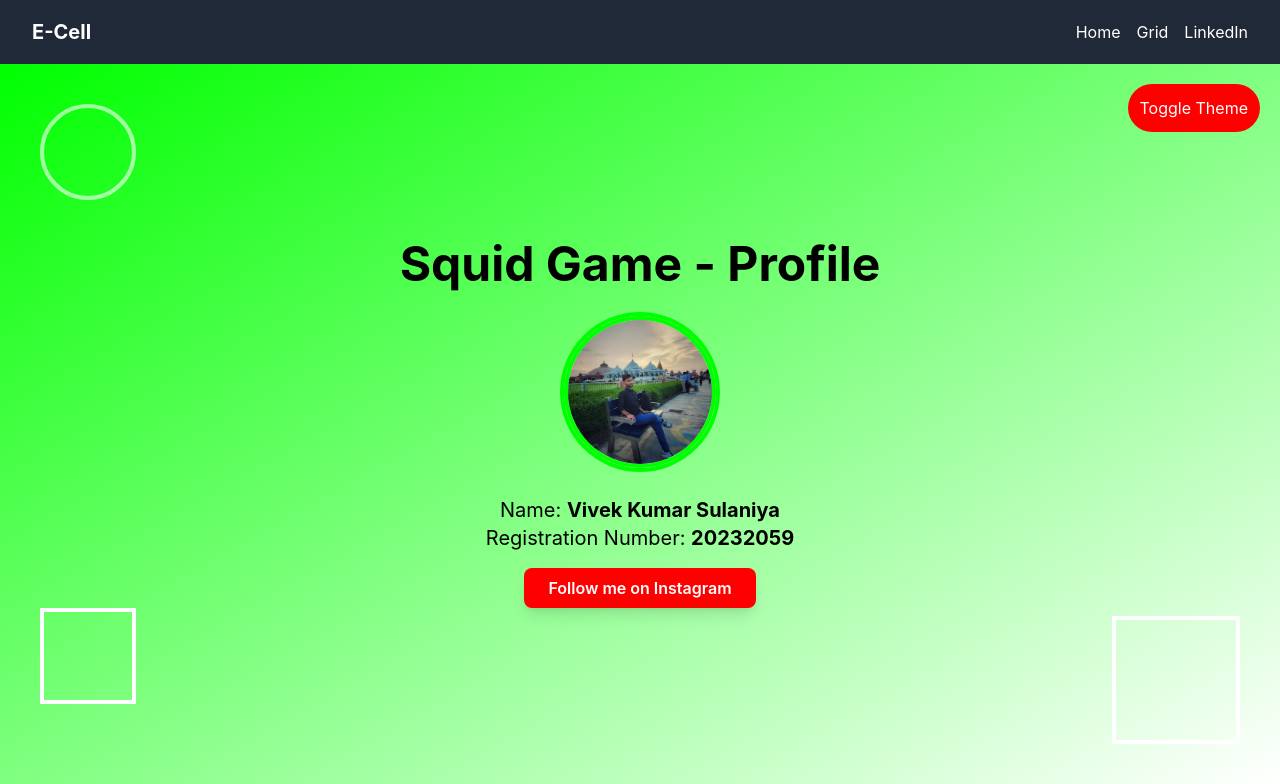
Repository: Vivek300705/Dashboard
Page: /second-page
An editor plug-in stored every save of this project. The page is shown before and after the next save, followed by the edit.
The browser window is 1280 px wide. The pictures show the whole page.
The project was rebuilt for these pictures with package versions that can differ from the ones it lists, and the page was loaded fresh each time. Also part of the build but not shown: src/components/Home.js.

Above is the page before, as saved 2025-01-22 23:10:31.

### src/App.js
import React from "react";
import { BrowserRouter as Router, Routes, Route } from "react-router-dom";
import Home from "./components/Home";
import Navbar from "./components/Navbar";
import SecondPage from "./components/Profile";// Import the Navbar component

function App() {
  return (
    <Router>
      <div className="App">
        <Navbar /> {/* Include Navbar Component */}
        <Routes>
          <Route path="/" element={<Home />} />
          <Route path="/second-page" element={<SecondPage />} />
          {/* Add other routes here */}
        </Routes>
      </div>
    </Router>
  );
}

export default App;

### src/components/Navbar.js
import React, { useState } from "react";
import { Link } from "react-router-dom";

const Navbar = () => {
  const [isMenuOpen, setIsMenuOpen] = useState(false);

  return (
    <nav className="bg-gray-800 text-white">
      <div className="max-w-7xl mx-auto px-4 sm:px-6 lg:px-8">
        <div className="flex justify-between items-center h-16">
          <div className="flex items-center">
            <Link
              to="/"
              className="text-xl font-bold text-white hover:text-gray-300"
            >
              E-Cell
            </Link>
          </div>
          <div className="hidden md:flex space-x-4">
            <Link className="hover:underline hover:text-gray-300" to="/second-page">
              Home
            </Link>
            <Link className="hover:underline hover:text-gray-300" to="/">
              Grid
            </Link>
            <a
              className="hover:underline hover:text-gray-300"
              href="https://www.linkedin.com/in/vivek-kumar-sulaniya-ba8204267/"
              target="_blank"
              rel="noopener noreferrer"
            >
              LinkedIn
            </a>
          </div>
          <div className="md:hidden">
            <button
              className="text-gray-300 hover:text-white focus:outline-none"
              onClick={() => setIsMenuOpen(!isMenuOpen)}
            >
              <svg
                className="h-6 w-6"
                xmlns="http://www.w3.org/2000/svg"
                fill="none"
                viewBox="0 0 24 24"
                stroke="currentColor"
              >
                {isMenuOpen ? (
                  <path
                    strokeLinecap="round"
                    strokeLinejoin="round"
                    strokeWidth={2}
                    d="M6 18L18 6M6 6l12 12"
                  />
                ) : (
                  <path
                    strokeLinecap="round"
                    strokeLinejoin="round"
                    strokeWidth={2}
                    d="M4 6h16M4 12h16M4 18h16"
                  />
                )}
              </svg>
            </button>
          </div>
        </div>
      </div>
      {/* Mobile Menu */}
      {isMenuOpen && (
        <div className="md:hidden">
          <div className="px-2 pt-2 pb-3 space-y-1 sm:px-3">
            <Link
              className="block text-white hover:underline hover:text-gray-300"
              to="/"
              onClick={() => setIsMenuOpen(false)}
            >
              Home
            </Link>
            <Link
              className="block text-white hover:underline hover:text-gray-300"
              to="/grid"
              onClick={() => setIsMenuOpen(false)}
            >
              Grid
            </Link>
            <a
              className="block text-white hover:underline hover:text-gray-300"
              href="https://www.linkedin.com/in/your-profile/"
              target="_blank"
              rel="noopener noreferrer"
              onClick={() => setIsMenuOpen(false)}
            >
              LinkedIn
            </a>
          </div>
        </div>
      )}
    </nav>
  );
};

export default Navbar;

### src/components/Profile.js
import React, { useState, useEffect } from "react";

function SecondPage() {
  const [isDarkMode, setIsDarkMode] = useState(false);

  // Toggle between light and dark themes
  const toggleTheme = () => {
    setIsDarkMode(!isDarkMode);
  };

  // Apply the system theme preference on initial load
  useEffect(() => {
    const userPrefersDark = window.matchMedia("(prefers-color-scheme: dark)").matches;
    setIsDarkMode(userPrefersDark);
  }, []);

  const redirectToInstagram = () => {
    window.location.href = "https://www.instagram.com/vivvek_m/"; // Replace with actual Instagram handle
  };

  return (
    <div
      className={`min-h-screen flex flex-col items-center justify-center ${
        isDarkMode
          ? "bg-gradient-to-br from-[#111111] to-[#D50032] text-white"
          : "bg-gradient-to-br from-[#00FF00] to-[#FFFFFF] text-black"
      } relative`}
    >
      {/* Squid Game Style Header */}
      <div
        className={`text-5xl font-bold mb-6 text-center ${
          isDarkMode ? "text-white" : "text-black"
        }`}
      >
        Squid Game - Profile
      </div>

      {/* Profile Picture Holder */}
      <div className="w-40 h-40 rounded-full overflow-hidden border-4 border-[#00FF00] mb-6 relative">
        <img
          src="/profile.jpeg" // Replace with your actual profile image path
          alt="Profile"
          className="object-cover w-full h-full rounded-full border-4 border-[#00FF00]"
        />
      </div>

      {/* Name and Registration Number */}
      <div
        className={`text-xl mb-4 text-center ${
          isDarkMode ? "text-white" : "text-black"
        }`}
      >
        <p>
          Name: <strong>Vivek Kumar Sulaniya</strong>
        </p>
        <p>
          Registration Number: <strong>20232059</strong>
        </p>
      </div>

      {/* Instagram Button */}
      <button
        onClick={redirectToInstagram}
        className={`${
          isDarkMode ? "bg-[#00FF00] hover:bg-[#00CC00]" : "bg-[#FF0000] hover:bg-[#CC0000]"
        } text-white font-semibold py-2 px-6 rounded-lg shadow-lg transition duration-300 transform hover:scale-105`}
        aria-label="Follow me on Instagram"
      >
        Follow me on Instagram
      </button>

      {/* Squid Game Shapes */}
      <div className="absolute top-10 left-10">
        <div className="w-24 h-24 bg-transparent border-4 border-white rounded-full animate-pulse transition-transform duration-300 transform hover:scale-110"></div>
      </div>
      <div className="absolute bottom-10 right-10">
        <div className="w-32 h-32 bg-transparent border-4 border-white border-solid transition-transform duration-300 transform hover:scale-110"></div>
      </div>
      <div className="absolute bottom-20 left-10">
        <div className="w-24 h-24 bg-transparent border-4 border-white transition-transform duration-300 transform hover:scale-110"></div>
      </div>

      {/* Toggle Button for Theme */}
      <button
        onClick={toggleTheme}
        className="absolute top-5 right-5 p-3 bg-[#FF0000] text-white rounded-full hover:bg-[#CC0000]"
        aria-label="Toggle Theme"
      >
        Toggle Theme
      </button>
    </div>
  );
}

export default SecondPage;

### tailwind.config.js
/** @type {import('tailwindcss').Config} */
module.exports = {
  content: ["./src/**/*.{html,js}"],
  theme: {
    extend: { colors: {
      squidRed: "#D62C2F",  // Custom Squid Game red
    },
    animation: {
      pulse: "pulse 1.5s ease-in-out infinite",  // Add custom animations
    }},
  },
  plugins: [],
}

Loaded but not shown: public/index.html (common file); src/index.js (common file); src/index.css (common file); src/reportWebVitals.js (common file)

After the next save:
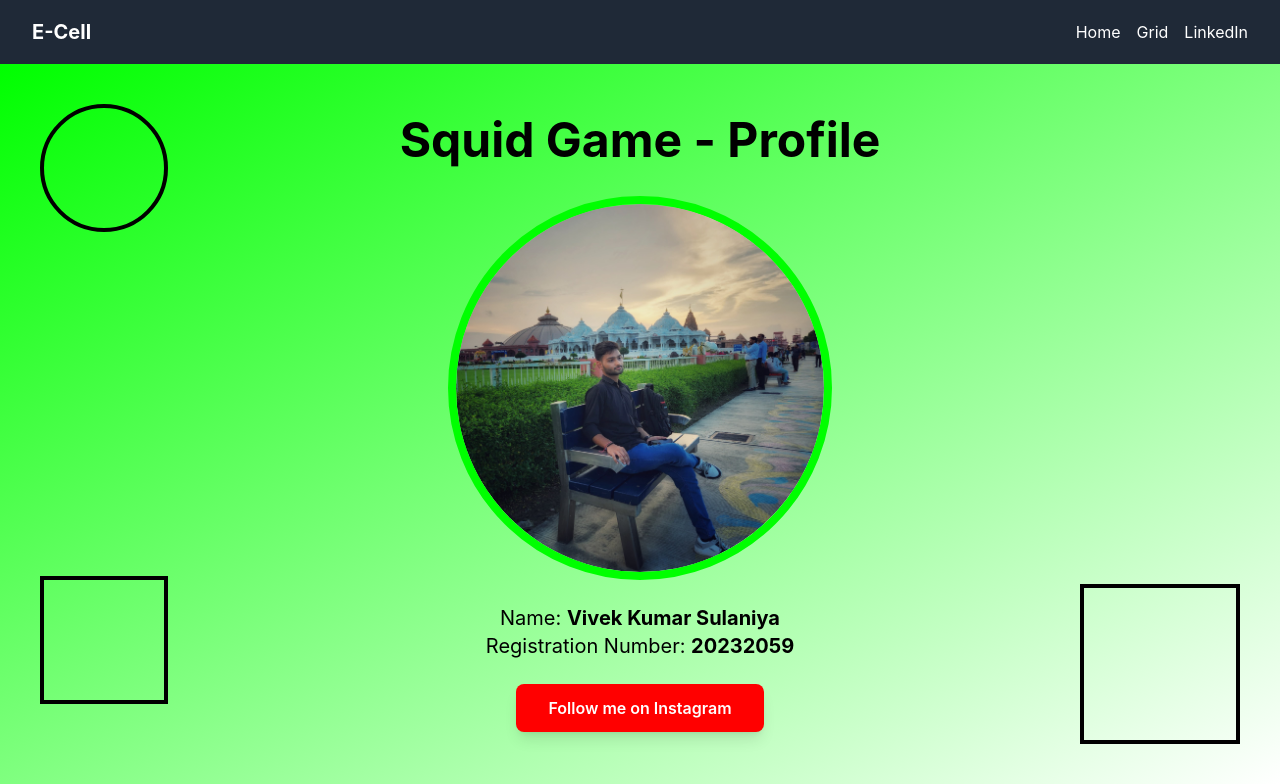
Saved 2 min 38 s later.
--- a/src/components/Profile.js
+++ b/src/components/Profile.js
@@ -1,55 +1,28 @@
-import React, { useState, useEffect } from "react";
+import React from "react";
 
 function SecondPage() {
-  const [isDarkMode, setIsDarkMode] = useState(false);
-
-  // Toggle between light and dark themes
-  const toggleTheme = () => {
-    setIsDarkMode(!isDarkMode);
-  };
-
-  // Apply the system theme preference on initial load
-  useEffect(() => {
-    const userPrefersDark = window.matchMedia("(prefers-color-scheme: dark)").matches;
-    setIsDarkMode(userPrefersDark);
-  }, []);
-
   const redirectToInstagram = () => {
     window.location.href = "https://www.instagram.com/vivvek_m/"; // Replace with actual Instagram handle
   };
 
   return (
-    <div
-      className={`min-h-screen flex flex-col items-center justify-center ${
-        isDarkMode
-          ? "bg-gradient-to-br from-[#111111] to-[#D50032] text-white"
-          : "bg-gradient-to-br from-[#00FF00] to-[#FFFFFF] text-black"
-      } relative`}
-    >
+    <div className="min-h-screen flex flex-col items-center justify-center bg-gradient-to-br from-[#00FF00] to-[#FFFFFF] text-black relative">
       {/* Squid Game Style Header */}
-      <div
-        className={`text-5xl font-bold mb-6 text-center ${
-          isDarkMode ? "text-white" : "text-black"
-        }`}
-      >
+      <div className="text-5xl font-bold mb-8 text-center">
         Squid Game - Profile
       </div>
 
       {/* Profile Picture Holder */}
-      <div className="w-40 h-40 rounded-full overflow-hidden border-4 border-[#00FF00] mb-6 relative">
+      <div className="w-60 h-60 sm:w-72 sm:h-72 md:w-80 md:h-80 lg:w-96 lg:h-96 rounded-full overflow-hidden border-8 border-[#00FF00] mb-6">
         <img
           src="/profile.jpeg" // Replace with your actual profile image path
           alt="Profile"
-          className="object-cover w-full h-full rounded-full border-4 border-[#00FF00]"
+          className="object-cover w-full h-full rounded-full"
         />
       </div>
 
       {/* Name and Registration Number */}
-      <div
-        className={`text-xl mb-4 text-center ${
-          isDarkMode ? "text-white" : "text-black"
-        }`}
-      >
+      <div className="text-xl mb-6 text-center">
         <p>
           Name: <strong>Vivek Kumar Sulaniya</strong>
         </p>
@@ -61,33 +34,22 @@
       {/* Instagram Button */}
       <button
         onClick={redirectToInstagram}
-        className={`${
-          isDarkMode ? "bg-[#00FF00] hover:bg-[#00CC00]" : "bg-[#FF0000] hover:bg-[#CC0000]"
-        } text-white font-semibold py-2 px-6 rounded-lg shadow-lg transition duration-300 transform hover:scale-105`}
+        className="bg-[#FF0000] hover:bg-[#CC0000] text-white font-semibold py-3 px-8 rounded-lg shadow-lg transition duration-300 transform hover:scale-105"
         aria-label="Follow me on Instagram"
       >
         Follow me on Instagram
       </button>
 
       {/* Squid Game Shapes */}
-      <div className="absolute top-10 left-10">
-        <div className="w-24 h-24 bg-transparent border-4 border-white rounded-full animate-pulse transition-transform duration-300 transform hover:scale-110"></div>
+      <div className="absolute top-10 left-10 hidden sm:block">
+        <div className="w-32 h-32 bg-transparent border-4 border-black rounded-full animate-pulse transition-transform duration-300 transform hover:scale-110"></div>
       </div>
-      <div className="absolute bottom-10 right-10">
-        <div className="w-32 h-32 bg-transparent border-4 border-white border-solid transition-transform duration-300 transform hover:scale-110"></div>
+      <div className="absolute bottom-10 right-10 hidden sm:block">
+        <div className="w-40 h-40 bg-transparent border-4 border-black border-solid transition-transform duration-300 transform hover:scale-110"></div>
       </div>
-      <div className="absolute bottom-20 left-10">
-        <div className="w-24 h-24 bg-transparent border-4 border-white transition-transform duration-300 transform hover:scale-110"></div>
+      <div className="absolute bottom-20 left-10 hidden sm:block">
+        <div className="w-32 h-32 bg-transparent border-4 border-black transition-transform duration-300 transform hover:scale-110"></div>
       </div>
-
-      {/* Toggle Button for Theme */}
-      <button
-        onClick={toggleTheme}
-        className="absolute top-5 right-5 p-3 bg-[#FF0000] text-white rounded-full hover:bg-[#CC0000]"
-        aria-label="Toggle Theme"
-      >
-        Toggle Theme
-      </button>
     </div>
   );
 }
